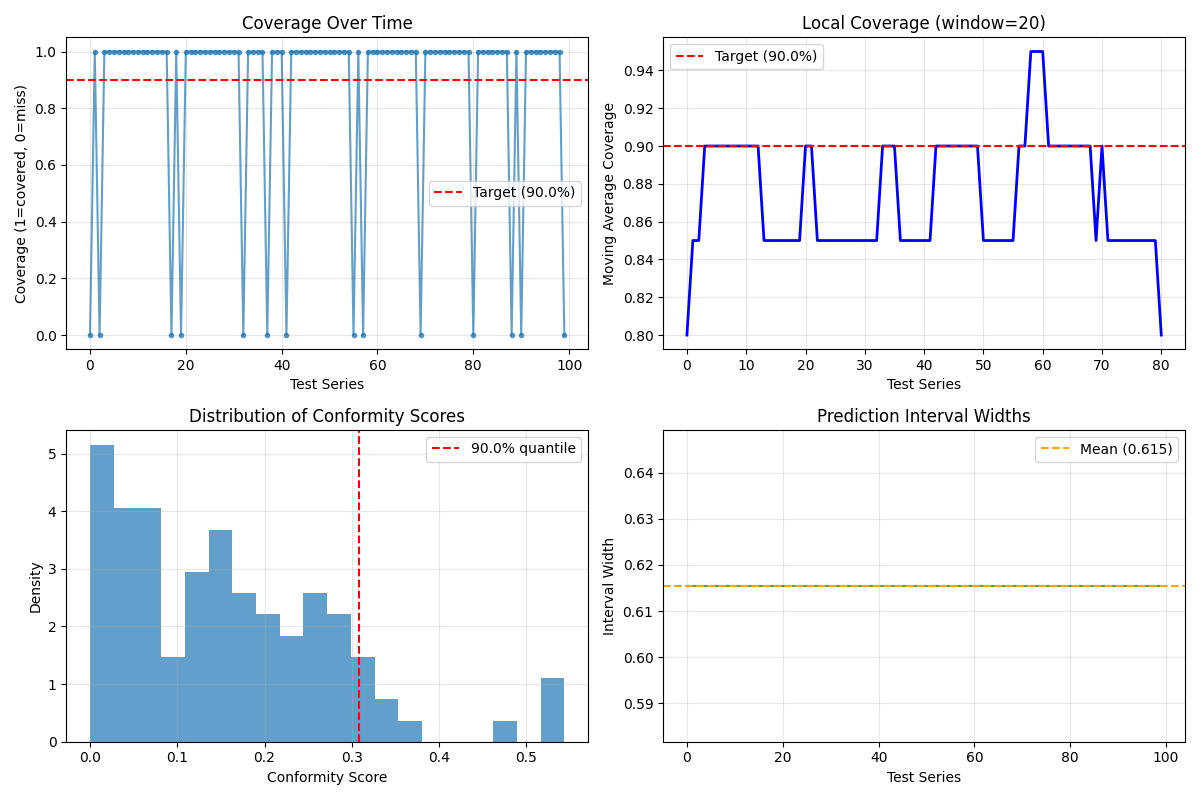
Repository: icer6683/Conformal-Covariate-Shift
Script's output: python basic_conformal.py
These files come from the project's save history. The script's output is drawn as it stood at one moment and after the next save; the edit follows.
Random numbers start from a fixed seed.

Above is the script's output before, as saved 2025-09-05 10:15:44.

After the next save:
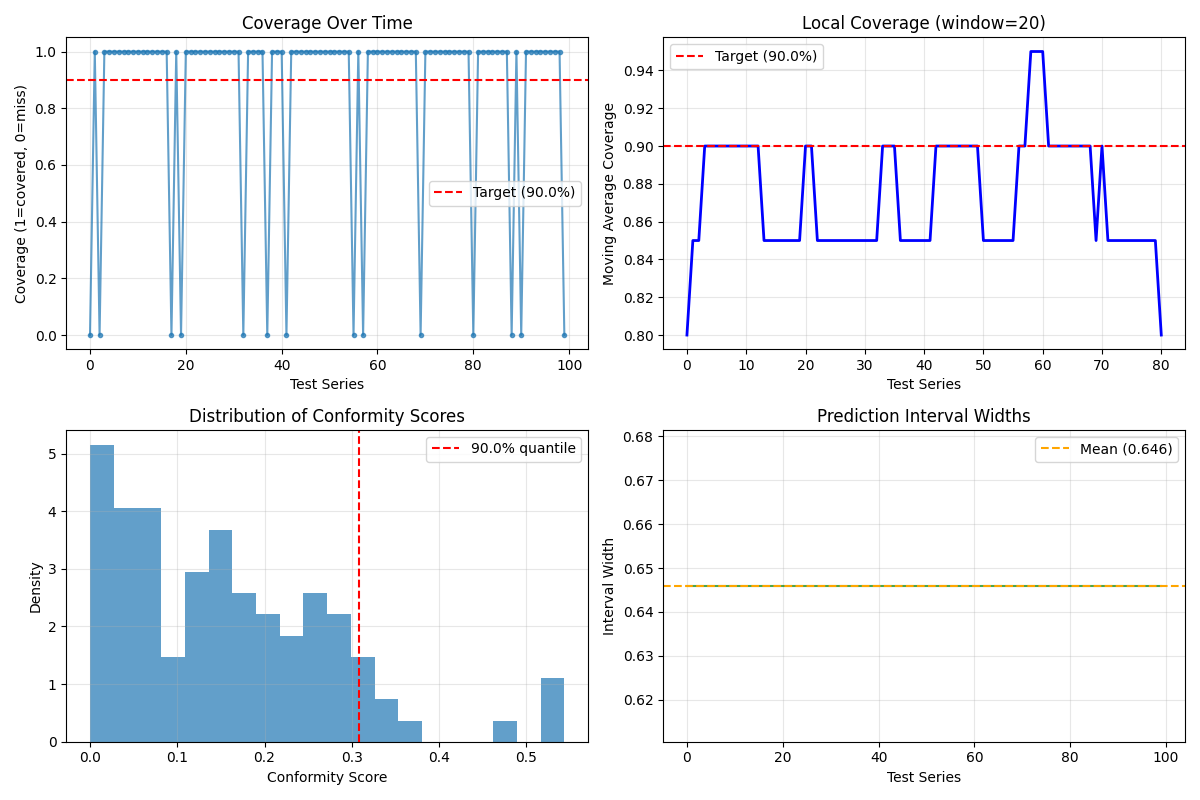
Saved 90 s later.
--- a/basic_conformal.py
+++ b/basic_conformal.py
@@ -116,12 +116,12 @@ class BasicConformalPredictor:
             score = abs(true_value - prediction)
             conformity_scores.append(score)
 
+        conformity_scores = np.array(conformity_scores)
+
+        # Compute quantile for prediction intervals
         n_cal = len(conformity_scores)
         q_level = np.ceil((n_cal + 1) * (1 - self.alpha)) / n_cal
         self.quantile = np.quantile(conformity_scores, q_level, interpolation='higher')
-
-        # Compute quantile for prediction intervals
-        self.quantile = np.quantile(conformity_scores, 1 - self.alpha)
 
         print(f"Calibration completed:")
         print(f"  Conformity scores - Mean: {np.mean(conformity_scores):.4f}, Std: {np.std(conformity_scores):.4f}")
